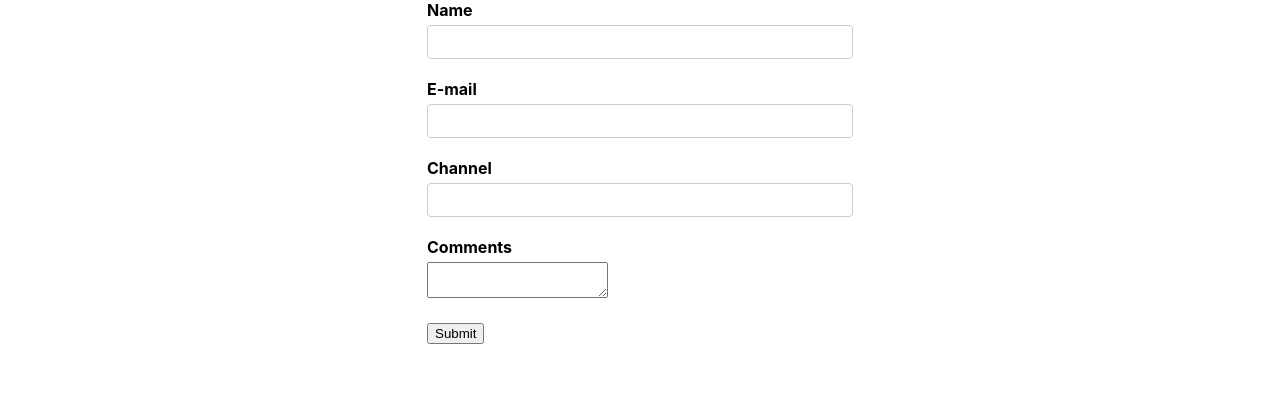
Repository: taivuong95/react-formik
Page: / (app in react-formik-demo/)
An editor plug-in stored every save of this project. The page is shown before and after the next save, followed by the edit.
The browser window is 1280 px wide. The pictures show the whole page.
The project was rebuilt for these pictures with package versions that can differ from the ones it lists, and the page was loaded fresh each time.

Above is the page before, as saved 2021-01-18 06:54:53.

### react-formik-demo/src/App.js
import logo from './logo.svg';
import './App.css';
import YoutubeForm from './components/YoutubeForm';

function App() {
  return (
    <div className="App">
      <YoutubeForm/>
    </div>
  );
}

export default App;

### react-formik-demo/src/App.css

.App{
  display:flex;
  justify-content:center;

}

label{
  font-weight: bold;
  display: flex;
  margin-bottom: 5px;
}
input[type="text"],
input[type="email"]{
  display:block;
  width: 400px;
  padding:6px 12px;
  font-size: 14px;
  line-height: 1.42857143;
  color:#555;
  background: #fff;
  background-image: none;
  border: 1px solid #ccc;
  border-radius: 4px;
}

.form-control{
  margin-bottom: 20px;
}
.error{
  color:orangered
}

### react-formik-demo/src/components/YoutubeForm.js
import React from "react";
import { Formik, Form, Field, ErrorMessage } from "formik";
import * as Yup from "yup";

const initialValues = {
  name: "",
  email: "",
  channel: "",
  comments:""
};

const onSubmit = (values) => {
  console.log("Form data", values);
};

const validationSchema = Yup.object({
  name: Yup.string().required("Required"),
  email: Yup.string().email("Invalid email format").required("Required"),
  channel: Yup.string().required("Required"),
});

function YoutubeForm(props) {
  return (
    <Formik
      initialValues={initialValues}
      validationSchema={validationSchema}
      onSubmit={onSubmit}
    >
      <Form>
        <div className='form-control'>
          <label htmlFor='name'>Name</label>
          <Field type='text' id='name' name='name' />
          <ErrorMessage name='name' />
        </div>
        <div className='form-control'>
          <label htmlFor='email'>E-mail</label>
          <Field type='email' id='email' name='email' />
          <ErrorMessage name='email' />
        </div>
        <div className='form-control'>
          <label htmlFor='channel'>Channel</label>
          <Field type='text' id='channel' name='channel' />
          <ErrorMessage name='channel' />
        </div>

        <div className='form-control'>
          <label htmlFor='comments'>Comments</label>
          <Field as="textarea"  id='comments' name='comments' />
        </div>

        <button type='submit'>Submit</button>
      </Form>
    </Formik>
  );
}

export default YoutubeForm;

Loaded but not shown: react-formik-demo/public/index.html (common file); react-formik-demo/src/index.js (common file); react-formik-demo/src/index.css (common file); react-formik-demo/src/reportWebVitals.js (common file)

After the next save:
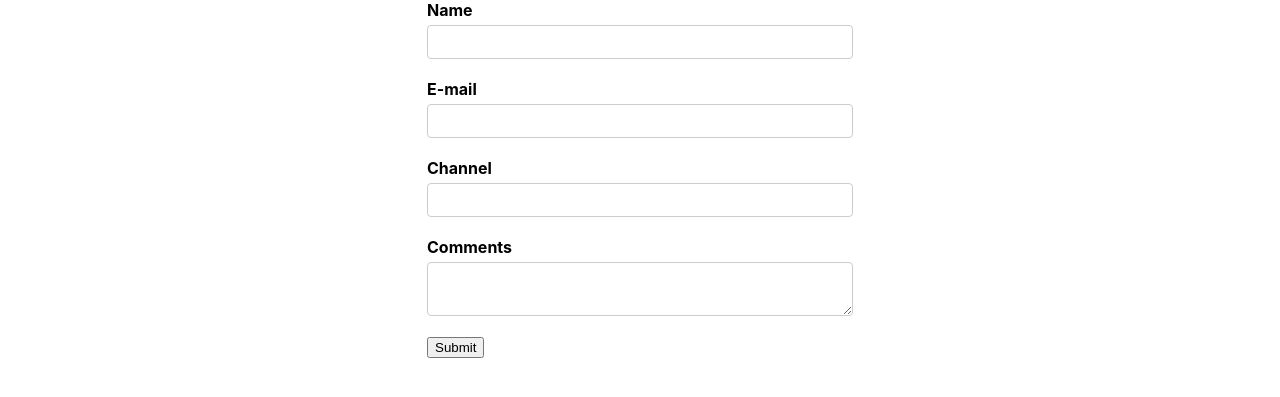
Saved 17 s later.
--- a/react-formik-demo/src/App.css
+++ b/react-formik-demo/src/App.css
@@ -11,7 +11,9 @@ label{
   margin-bottom: 5px;
 }
 input[type="text"],
-input[type="email"]{
+input[type="email"],
+textarea
+{
   display:block;
   width: 400px;
   padding:6px 12px;
